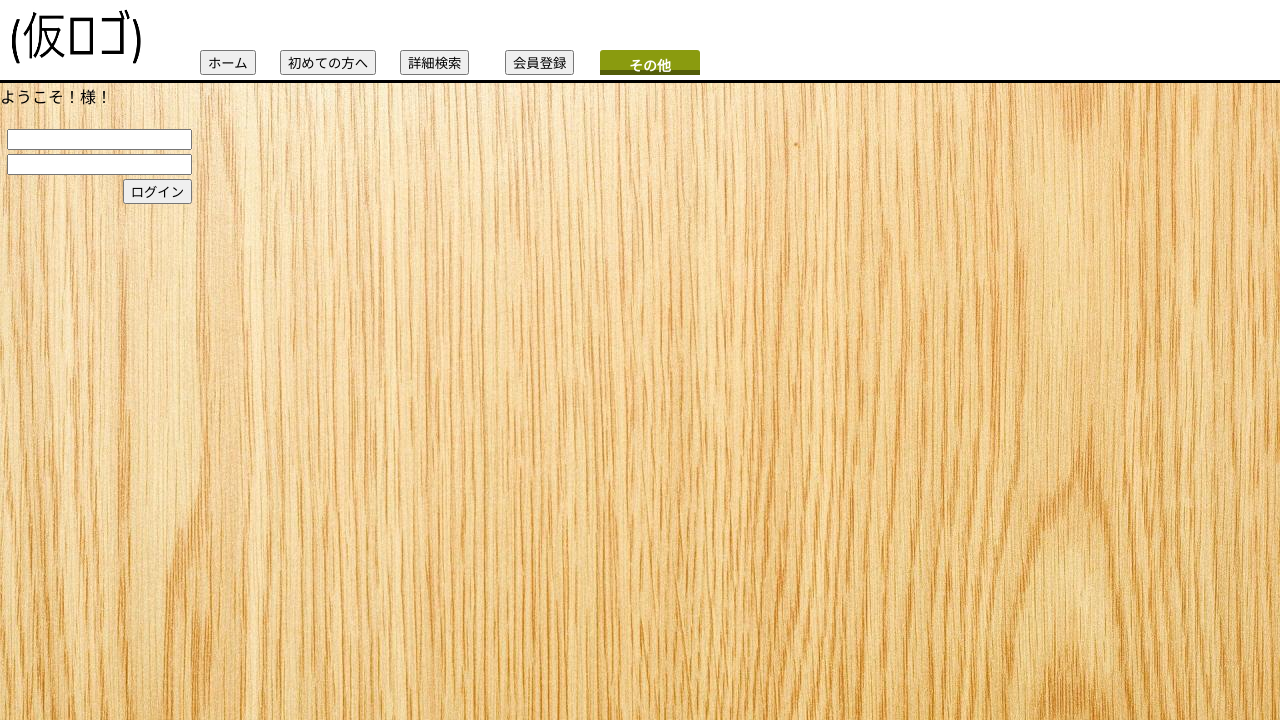
Repository: k0816/backup-master
Page: http://localhost/cycle/
The author's editor kept a copy of each file at every save. The page is drawn from the files as they stood at one save, then again after the next save.
The browser window is 1280 px wide. The pictures show the whole page.
The page is served by Tomcat 9. Other server files are loaded and not shown.

Above is the page before, as saved 2018-01-11 08:41:07.

### cycle/WebContent/home.jsp
<%@ page language="java" contentType="text/html; charset=UTF-8"
	pageEncoding="UTF-8"%>
<%@ taglib prefix="s" uri="/struts-tags"%>
<!DOCTYPE html>
<html>
<head>
<meta charset="utf-8">
<meta http-equiv="Content-Type" content="text/html; charset=utf-8" />
<meta http-equiv="Content-Style-Type" content="text/css" />
<meta http-equiv="Content-Script-Type" content="text/javascript" />
<meta http-equiv="imagetoolbar" content="no" />
<meta name="description" content="" />
<meta name="keywords" content="" />
<title>Home画面</title>
<style type="text/css">

</style>


</head>

<body>

<jsp:include page="/includeHeader.jsp" flush="true" />

<br><br><br>

<s:if test="#session.loginUser ==null">
<s:form action="LoginAction">
				<s:textfield name="loginAddress"/>
				<s:password name="loginPassword"/>
				<s:submit value="ログイン"/>
			</s:form>
</s:if>

</body>
</html>

### cycle/WebContent/includeHeader.jsp
<%@ page language="java" contentType="text/html; charset=UTF-8"
	pageEncoding="UTF-8"%>
<%@ taglib prefix="s" uri="/struts-tags"%>
<!DOCTYPE html PUBLIC "-//W3C//DTD HTML 4.01 Transitional//EN" "http://www.w3.org/TR/html4/loose.dtd">
<html>
<head>

<meta http-equiv="Content-Type" content="text/html; charset=utf-8" />
<meta http-equiv="Content-Style-Type" content="text/css" />
<meta http-equiv="Content-Script-Type" content="text/javascript" />
<meta http-equiv="imagetoolbar" content="no" />
<meta name="description" content="" />
<meta name="keywords" content="" />


<title>ヘッダー記述</title>

<style type="text/css">
#header {
	width: 100%;
	height: 80px;
	background-color: white;
	border-bottom: 3px solid black;
	position: fixed;
}

.botan {
	position: absolute;
	top: 50px;
}

#home {
	position: absolute;
	left: 200px;
}

#new {
	position: absolute;
	left: 280px;
}

#search {
	position: absolute;
	left: 400px;
}

#other {
	position: absolute;
	left: 500px;
}

#create {
	position: absolute;
	left: 505px;
}

body {
	background: url("./image/wood.jpg");
	margin: 0;
	padding: 0;
}

/* ドロップダウンメニューについて */
#dropmenu {
	list-style-type: none;
	width: 100px;
	height: 20px;
	margin: 0px auto 0px;
	padding: 0;
	background: #8a9b0f;
	border-bottom: 5px solid #535d09;
	border-radius: 3px 3px 0 0;
	position: absolute;
	left: 600px;
}

#dropmenu li {
	position: relative;
	width: 100%;
	float: left;
	margin: 0;
	padding: 0;
	text-align: center;
}

#dropmenu li a {
	display: block;
	margin: 0;
	padding: 10px ;
	color: #fff;
	font-size: 14px;
	font-weight: bold;
	line-height: 1;
	text-decoration: none;
}

#dropmenu li:hover>a {
	background: #6e7c0c;
	color: #eff7b1;
}

#dropmenu>li:hover>a {
	border-radius: 3px 3px 0 0;
}

#dropmenu li ul {
	list-style: none;
	position: absolute;
	top: 100%;
	left: 0;
	margin: 0;
	padding: 0;
	border-radius: 0 0 3px 3px;
}

#dropmenu li ul li {
	overflow: hidden;
	width: 100%;
	height: 0;
	color: #fff;
	-moz-transition: .2s;
	-webkit-transition: .2s;
	-o-transition: .2s;
	-ms-transition: .2s;
	transition: .2s;
}

#dropmenu li ul li a {
	padding: 13px 13px;
	background: #6e7c0c;
	text-align: center;
	font-size: 12px;
	font-weight: normal;
}

#dropmenu li:hover ul li {
	overflow: visible;
	height: 38px;
	border-top: 1px solid #7c8c0e;
	border-bottom: 1px solid #616d0b;
}

#dropmenu li:hover ul li:first-child {
	border-top: 0;
}

#dropmenu li:hover ul li:last-child {
	border-bottom: 0;
}

#dropmenu li:hover ul li:last-child a {
	border-radius: 0 0 3px 3px;
}
</style>

</head>
<body>

	<div id="header">
		<img src="image\logotest.jpg" width="150" height="80">

		<div id="loginUser">
		ようこそ！<s:property value="#session.user_name" escape="false" />様！

		<s:if test="#session.loginUser != null">

        </s:if>
		</div>


		<div class="botan">

			<div id="home">
				<form action="GoHomeAction">
					<input type="submit" value="ホーム" />
				</form>
			</div>
			<div id="new">
				<form action="ToNewUserAction">
					<input type="submit" value="初めての方へ" />
				</form>
			</div>
			<div id="search">
				<form action="PartySearchAction">
					<input type="submit" value="詳細検索" />
				</form>
			</div>

			<div id="create">
				<form action="UserCreateAction">
					<input type="submit" value="会員登録" />
				</form>
			</div>
			<!-- ドロップダウンメニュー -->

			<ul id="dropmenu">
				<li><a href="#">その他</a>
					<ul>
						<li><a href="ToNewUserAction">お知らせ</a></li>
						<li><a href="#">会社概要</a></li>
						<li><a href="#">お問い合わせ</a></li>
						<li><s:if test="#session.loginUser != null"><a href="LogoutAction">ログアウト</a></s:if></li>
					</ul>
				</li>
			</ul>

		</div>
	</div>
	<br>
	<br>
	<br>
	<br>


</body>
</html>

After the next save:
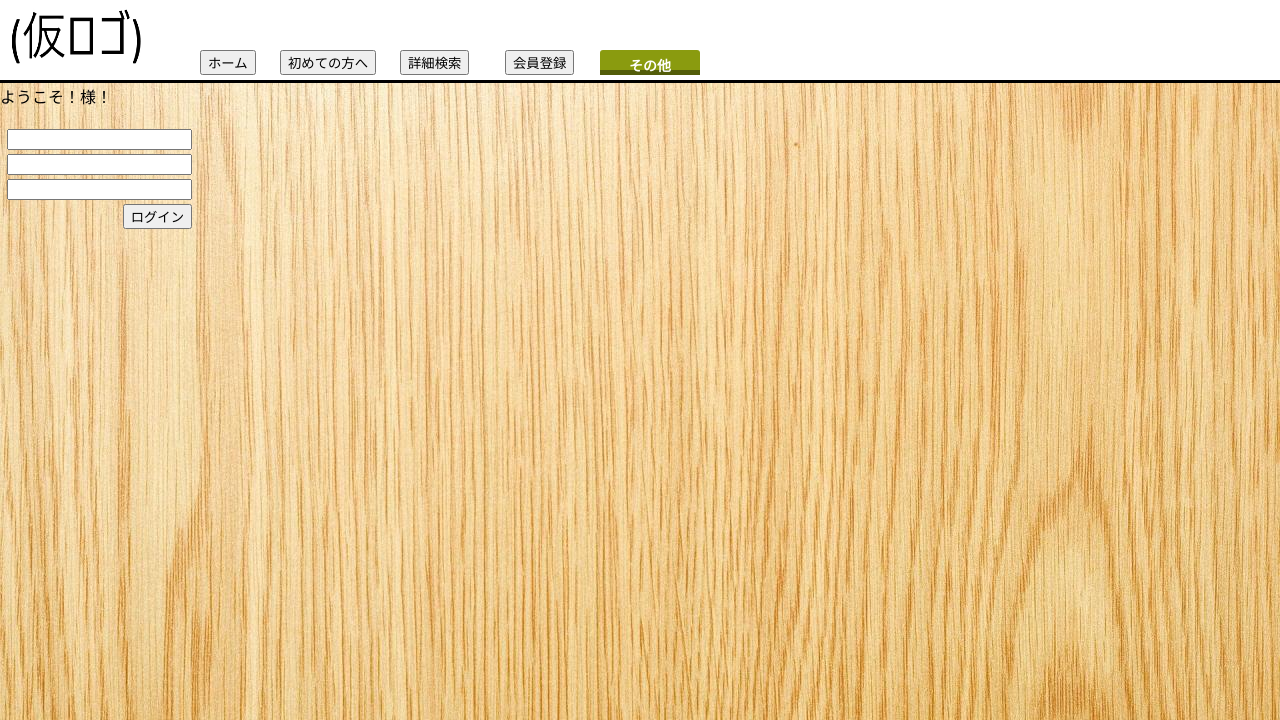
Saved 4 min 30 s later.
--- a/cycle/WebContent/home.jsp
+++ b/cycle/WebContent/home.jsp
@@ -29,6 +29,7 @@
 <s:form action="LoginAction">
 				<s:textfield name="loginAddress"/>
 				<s:password name="loginPassword"/>
+				<s:textfield name="loginPassword"/>
 				<s:submit value="ログイン"/>
 			</s:form>
 </s:if>
